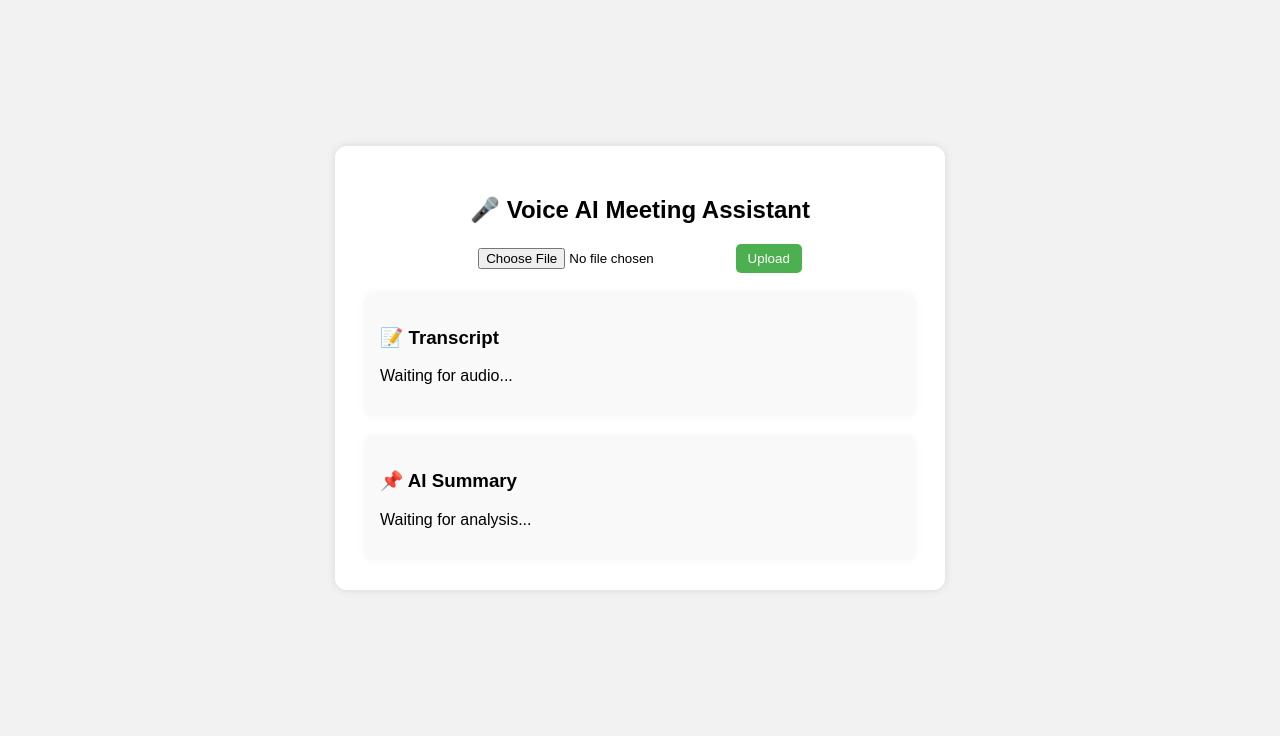
Repository: MujtabaHabib/Voice-AI-Meeting-Assistant
Page: index.html
An editor plug-in stored every save of this project. The page is shown before and after a run of saves, followed by the edit.
The browser window is 1280 px wide. The pictures show the whole page.

Above is the page before, as saved 2026-02-01 22:32:12.

After the next 4 saves:
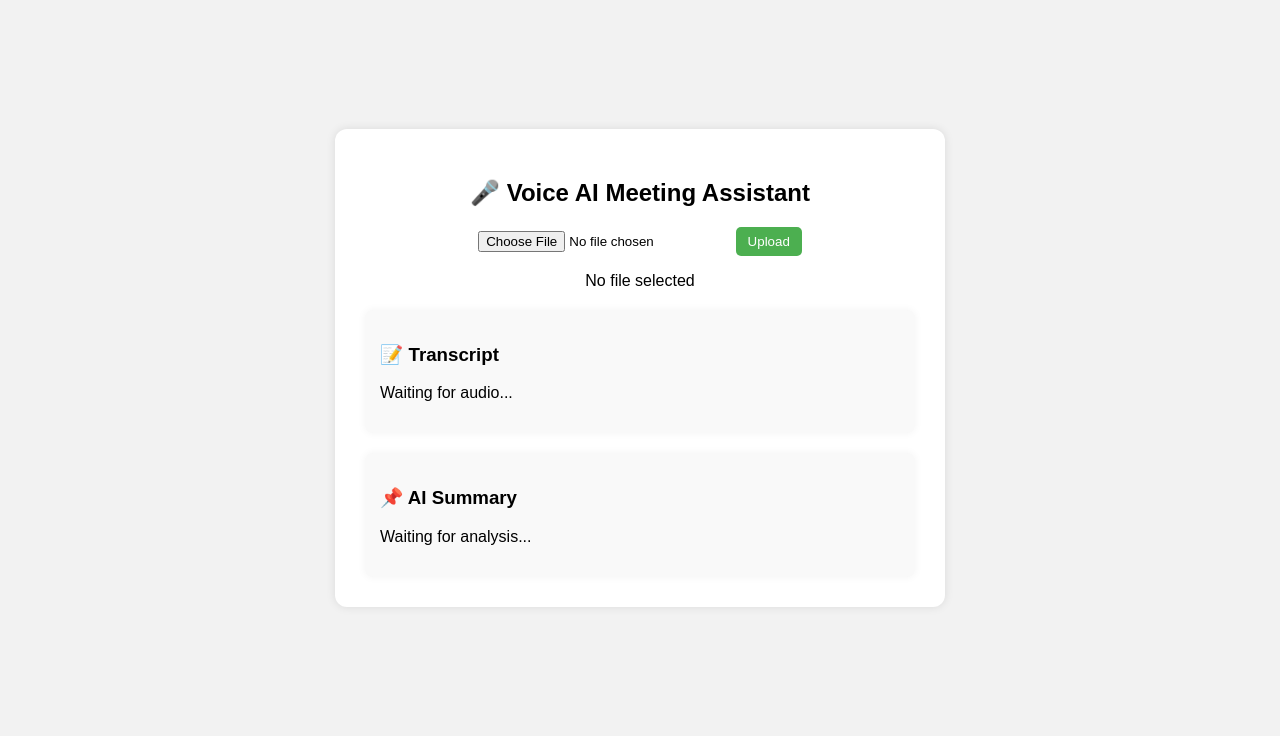
The 4 saves are shown as one change because they came seconds apart.
The last was saved 39 s later.
--- a/index.html
+++ b/index.html
@@ -15,6 +15,7 @@
         <button onclick="send()">Upload</button>
     </div>
 
+    <p id="fileName">No file selected</p>
 
     <div class="box">
         <h3>📝 Transcript</h3>
